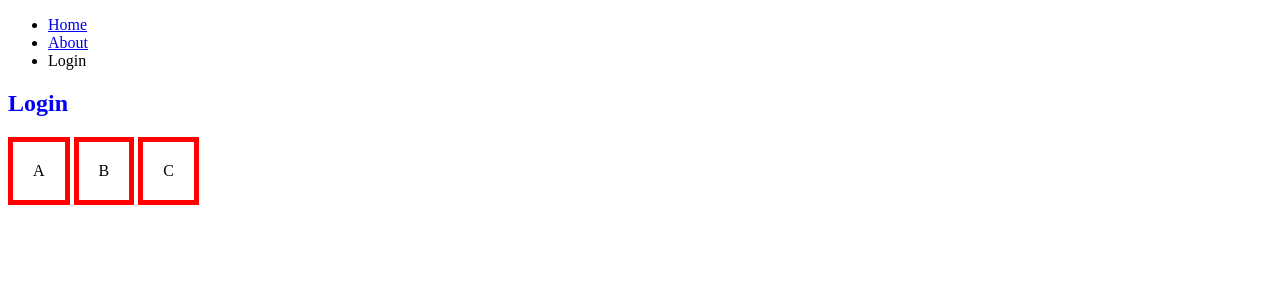
Repository: rileymeye1/ZTM
Page: project_files/login.html
These files come from the project's save history. The page is drawn as it stood at one moment and after the next save; the edit follows.
The browser window is 1280 px wide. The pictures show the whole page.

Above is the page before, as saved 2024-08-19 17:30:32.

### project_files/login.html

<!DOCTYPE html>
<html>
<head>
  <title>My first website!</title>
  <link rel="stylesheet" type="text/css" href="style2.css">
</head>
<body>
  <header>
    <nav>
      <ul>
        <li><a href="index.html">Home</a></li>
        <li><a href="about.html">About</a></li>
        <li>Login</li>
      </ul>
    </nav>
  </header>
  <section>
    <h2>Login</h2>
    <div class="boxmodel">
      A
    </div>
    <div class="boxmodel">
      B
    </div>
    <div class="boxmodel">
      C
    </div>
  </section>
</body>
</html>

### project_files/style2.css
h2 {
  color: blue;
}

.boxmodel {
  border: 5px solid red;
  display: inline-block;
  padding: 20px;
}

After the next save:
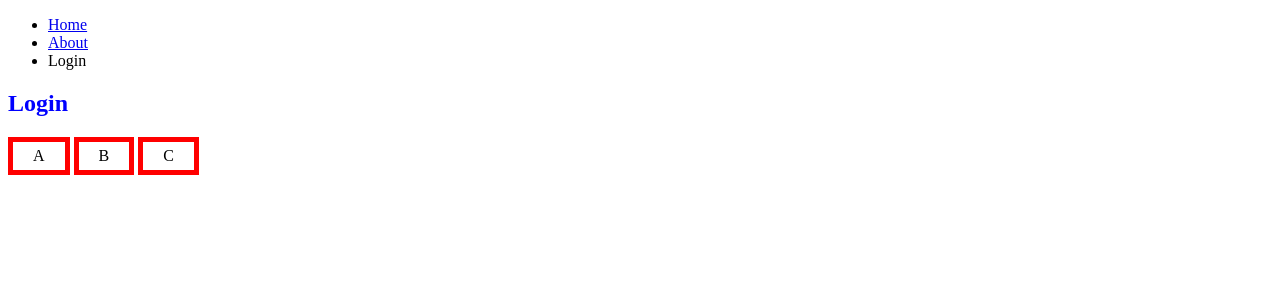
Saved 19 s later.
--- a/project_files/style2.css
+++ b/project_files/style2.css
@@ -5,5 +5,5 @@ h2 {
 .boxmodel {
   border: 5px solid red;
   display: inline-block;
-  padding: 20px;
+  padding: 5px 20px 5px 20px;
 }
